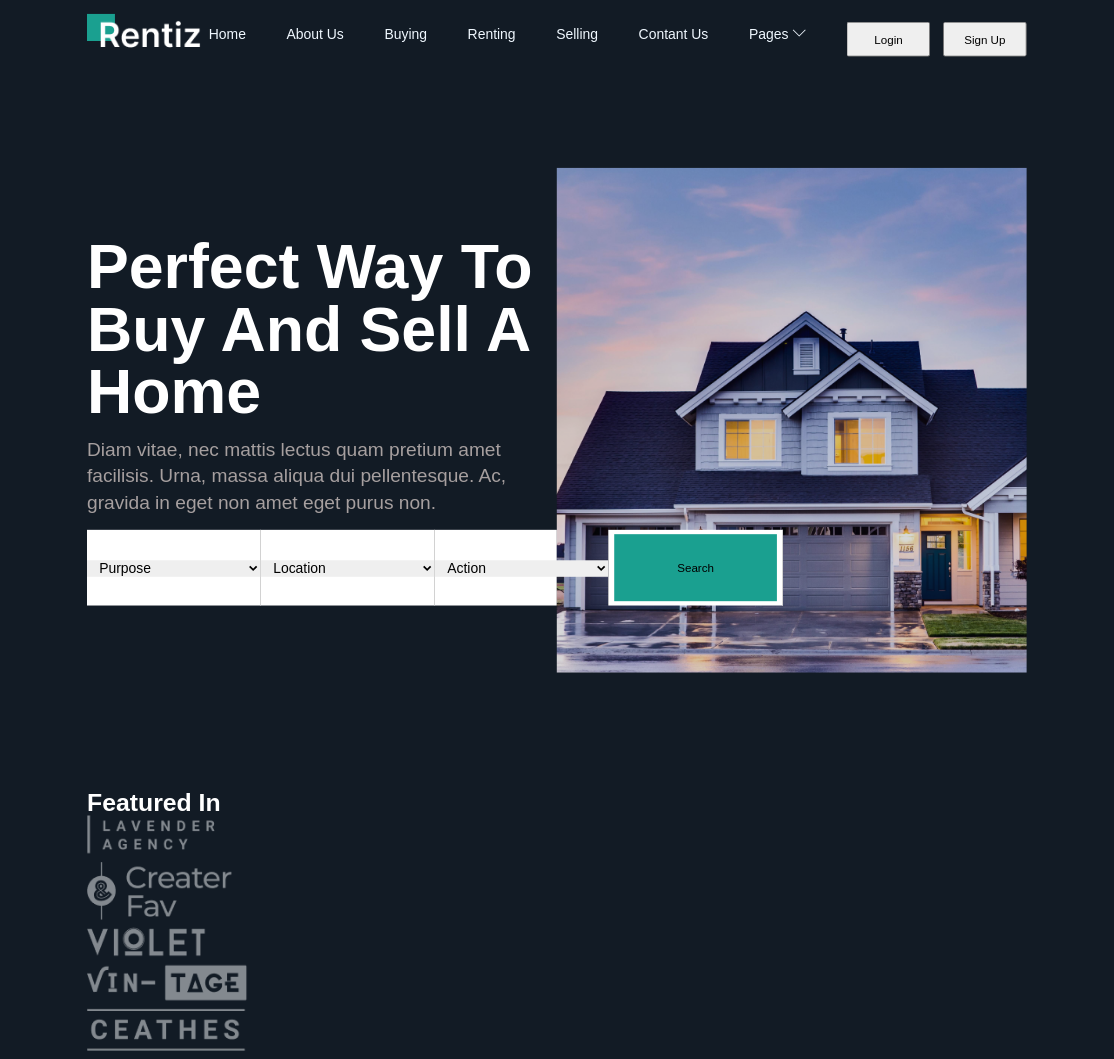
Repository: tung1233hhhhhhhhhhhhh/WebClone-Home
Page: index.html
These files come from the project's save history. The page is drawn as it stood at one moment and after the next save; the edit follows.
The browser window is 1280 px wide. The pictures show the whole page, at 87% of full size.

Above is the page before, as saved 2023-05-23 15:56:55.

### index.html
<!DOCTYPE html>
<html lang="en">

<head>
    <meta charset="UTF-8">
    <meta http-equiv="X-UA-Compatible" content="IE=edge">
    <meta name="viewport" content="width=device-width, initial-scale=1.0">
    <title>Document</title>
    <link rel="stylesheet" href="./assets/css/main.css">
    <link rel="stylesheet" href="./assets/css/root.css">
    <link rel="stylesheet" href="./assets/fonts/themify-icons/themify-icons.css">
</head>

<body>
    <div id="hearder">
        <div class="nav">
            <div class="nav-brand">
                <img src="./assets/img/logo.png" alt="">
            </div>
            <ul class="nav-list">
                <li><a href="">Home</a></li>
                <li><a href="">About Us</a></li>
                <li><a href="">Buying</a></li>
                <li><a href="">Renting</a> </li>
                <li><a href="">Selling</a> </li>
                <li><a href="">Contant Us</a> </li>
                <li><a href="">Pages
                        <i class="ti-angle-down"></i>
                    </a> </li>
                <li><button class="nav-btn-login">Login</button></li>
                <li><button class="nav-btn-signup">Sign Up</button></li>
            </ul>
        </div>
    </div>

    <!--billboard  -->

    <div id="billboard">
        <div class="container">
            <div class="main">
                <div class="billboard-text">
                    <h1>Perfect Way To Buy And Sell A Home</h1>
                    <p>Diam vitae, nec mattis lectus quam pretium amet facilisis. Urna, massa aliqua dui pellentesque.
                        Ac, gravida in eget non amet eget purus non.</p>
                    <div class="navbar-billboard">
                        <div class="container-billboard">

                            <div class="billboard-select">
                                <select name="" id="" class="form-select">
                                    <option value="">Purpose</option>
                                    <option value="">Buy</option>
                                    <option value="">Action</option>
                                    <option value="">Something else here</option>
                                </select>
                            </div>
                            <div class="billboard-select">
                                <select name="" id="" class="form-select">
                                    <option value="">Location</option>
                                    <option value="">Action</option>
                                    <option value="">Another action</option>
                                    <option value="">Something else here</option>
                                </select>
                            </div>
                            <div class="billboard-select">
                                <select name="" id="" class="form-select">
                                    <option value="">Action</option>
                                    <option value="">Another action</option>
                                    <option value="">Something else here</option>
                                    <option value="">Type</option>
                                </select>
                            </div>
                            <div class="billboard-btn">
                                <button class="btn-select">Search</button>
                            </div>
                        </div>
                    </div>
                </div>

                <div class="billboard-img"></div>

            </div>
        </div>
    </div>

    <!-- feature -->

    <div id="feature">
        <div class="container">
            <div class="feature-row">
                <h2>Featured In</h2>
            </div>
            <div class="feature-row row-logo">
                <div class="feature-logo">
                    <img src="./assets/img/logo1.png" alt="">
                </div>
                <div class="feature-logo">
                    <img src="./assets/img/logo2.png" alt="">
                </div>
                <div class="feature-logo">
                    <img src="./assets/img/logo3.png" alt="">
                </div>
                <div class="feature-logo">
                    <img src="./assets/img/logo4.png" alt="">
                </div>
                <div class="feature-logo">
                    <img src="./assets/img/logo6.png" alt="">
                </div>
            </div>
        </div>
    </div>
</body>

</html>

### assets/css/main.css
* {
    margin: 0;
    padding: 0;
    box-sizing: border-box;
}

body {
    font-family: 'Work Sans', sans-serif;
    font-weight: 400;
    font-size: 19px;
    line-height: 1.6em;
    color: var(--body-text-color);
    background-color: var(--dark-color);
}


#hearder {
    width: 100%;
    height: 73px;
    padding: 8px 0;
}

#hearder .nav {
    max-width: 1536px;
    height: 73px;
    margin: 0 100px;
    display: flex;
    justify-content: space-between;
    align-items: center;
    z-index: 10;
}

#hearder .nav-brand {
    display: inline;
}

#hearder .nav-list {
    display: flex;
    flex-direction: row;
    width: 965px;
    justify-content: space-between;
}

#hearder .nav-list li {
    display: flex;
    flex-direction: row;
    list-style: none;
    padding: 8px;
    margin-right: 24px;
}

#hearder li a {
    text-decoration: none;
    font-size: 16px;
    color: aliceblue;
}

#hearder .nav-list button {
    width: 96px;
    height: 40px;
    padding: 12px 6px;
    margin-right: -32px;
}

/* billboard */

#billboard {
    width: 100%;
    height: 586px;
    margin-top: 120px;
    margin-bottom: 80px;
}

#billboard .container {
    height: 100%;
    margin: 0 100px;
}

#billboard .main {
    display: flex;
    flex-direction: row;
    justify-content: space-between;
    align-items: center;
}

#billboard .main .billboard-text {
    width: 50%;
}

#billboard .billboard-text h1 {
    text-transform: capitalize !important;
    line-height: 1;
    margin-bottom: 1rem;
    font-size: 72px;
}

#billboard .billboard-text p {
    font-size: 22px;
    font-weight: 300;
    font-family: 'Work Sans', sans-serif;
    color: var(--light-text-color);
    margin-bottom: 1rem;
}

#billboard .navbar-billboard {
    /* min-width: 782px; */
    display: flex;
    justify-content: space-between;
    padding: 0;
    background: #fff;
}

#billboard .navbar-billboard .container-billboard {
    display: flex;
    flex-wrap: inherit;
    align-items: center;
    justify-content: space-between;
    width: 860px;
    height: 87px;
    z-index: 1;
}

.navbar-billboard .form-select {
    border: none;
    width: 100%;
    padding: 0 10px;
    font-size: 1rem;
    font-weight: 400;
}

.navbar-billboard .billboard-select,
.billboard-btn {
    height: 100%;
    border-right: 1px solid #ccc;
    line-height: 87px;
    width: 200px;
}

.navbar-billboard .billboard-btn {
    height: 100%;
    background-color: #fff;
}

.navbar-billboard .billboard-btn .btn-select {
    border: none;
    width: 94%;
    height: 89%;
    background-color: var(--accent-color);
    margin-left: 6px;
    transform: translateY(-2px);
}

#billboard .main .billboard-img {
    background: url("/assets/img/pexels-binyamin-mellish-106399\ 2.png") center / cover no-repeat;

    width: 636px;
    height: 580px;
}

/* feature */

#feature {
    height: 267px;

}

#feature .container {
    padding-top: 3rem !important;
    padding-bottom: 3rem !important;
    display: flex;
    flex-direction: column;
    margin-left: 100px;
    margin-right: 100px;
    height: 100%;
}

### assets/css/root.css
:root {
    --accent-color: #1AA090;
    --dark-color: #121B25;
    --grey-color: #83898F;
    --body-text-color: #FFFFFF;
    --light-text-color: #a69f9f;
    --link-color: #092035;
}

Loaded but not shown: assets/fonts/themify-icons/themify-icons.css (common file)

After the next save:
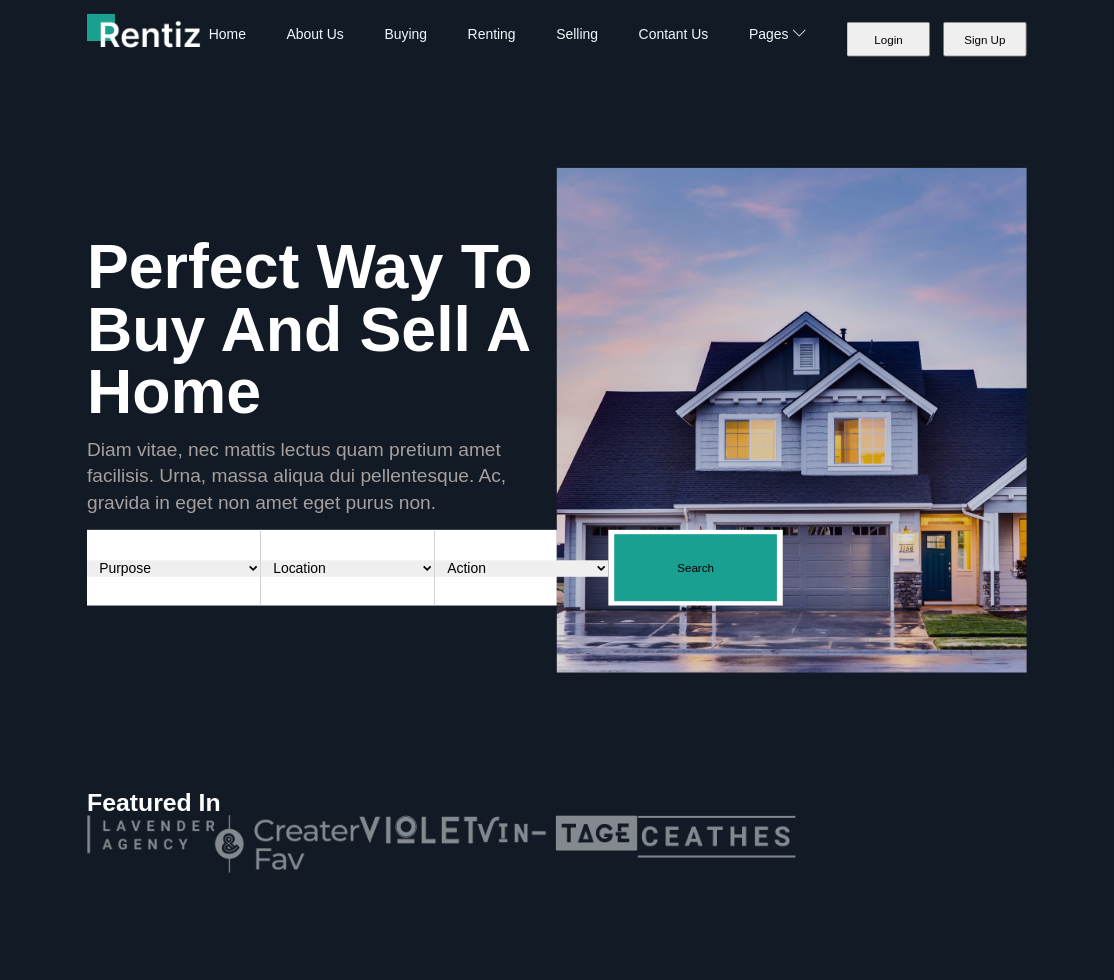
Saved 26 s later.
--- a/assets/css/main.css
+++ b/assets/css/main.css
@@ -173,3 +173,8 @@ body {
     margin-right: 100px;
     height: 100%;
 }
+
+#feature .container .row-logo {
+    display: flex;
+    flex-direction: row;
+}
